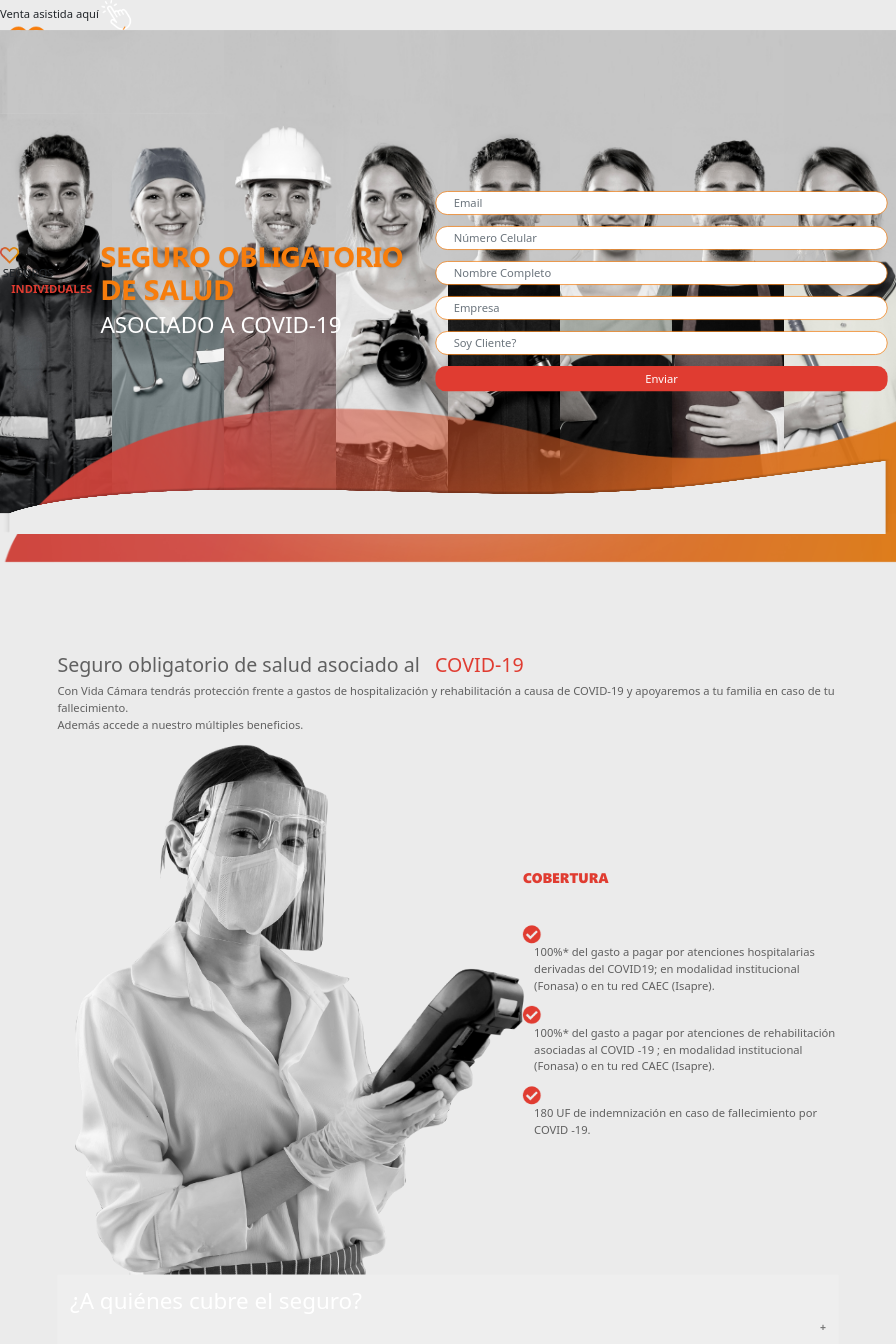
Repository: Darigo30/vidacamara
Page: index.html
These files come from the project's save history. The page is drawn as it stood at one moment and after the next save; the edit follows.
The browser window is 1280 px wide. The pictures show the part of the page from y = 0 to 1920 px (the page is 4271 px tall), at 70% of full size.
Some web fonts or font styles are not loaded; a fallback is used. Some web libraries are served in a nearby version.

Above is the page before, as saved 2021-07-30 08:03:16.

After the next save:
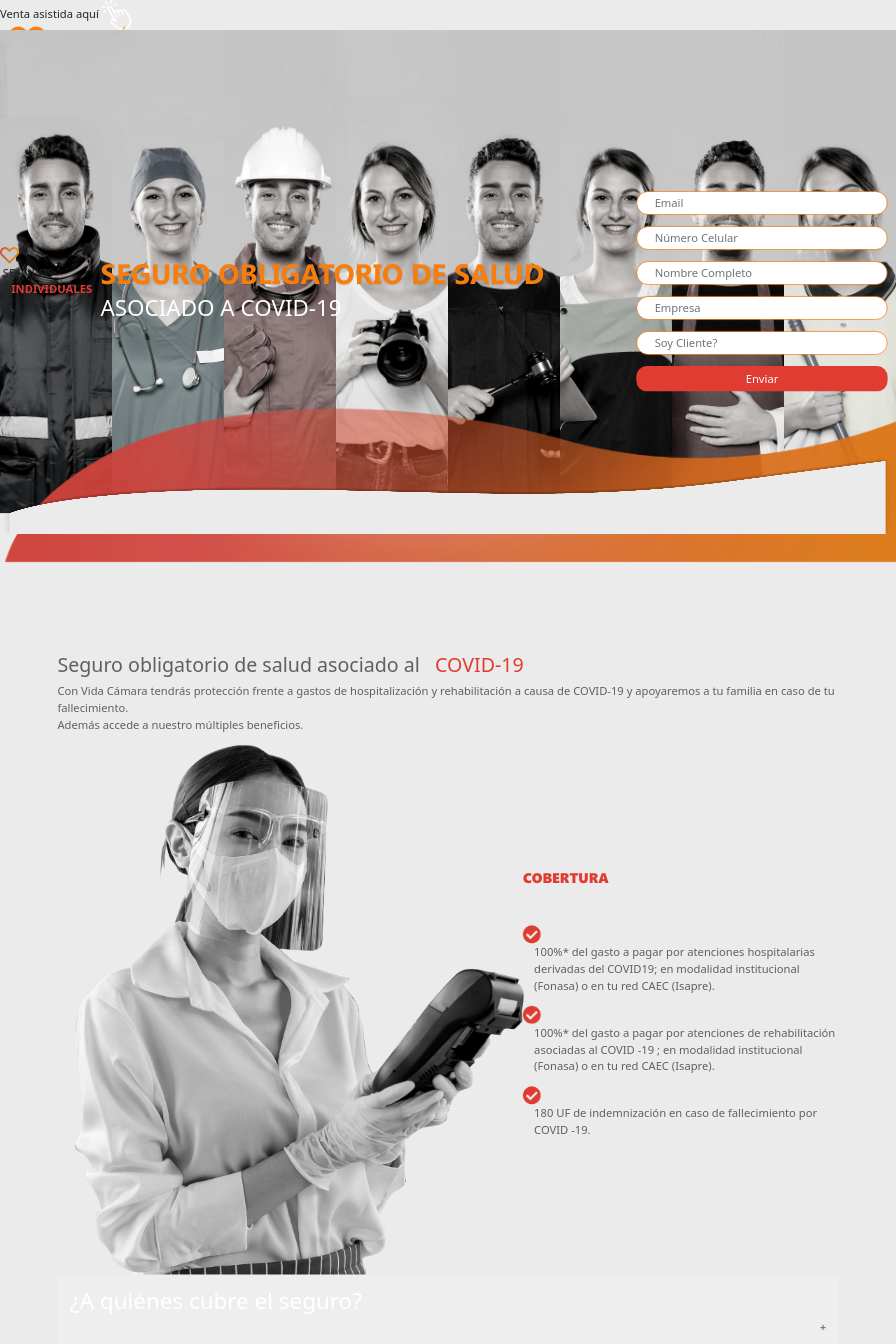
Saved 4 s later.
--- a/index.html
+++ b/index.html
@@ -75,11 +75,11 @@
         </div>
         <div class="container-fluid">
             <div class="row cont-form-text">
-            <div class="col-5 d-flex flex-column justify-content-center">
+            <div class="col-8 d-flex flex-column justify-content-center">
                 <h1>Seguro obligatorio de salud</h1>
                 <h2 class="text-uppercase">Asociado a COVID-19</h2>
             </div>
-            <div class="col-7">
+            <div class="col-4">
                 <div class="bg-header__form">
                 <div class="mb-3">
                     <input
